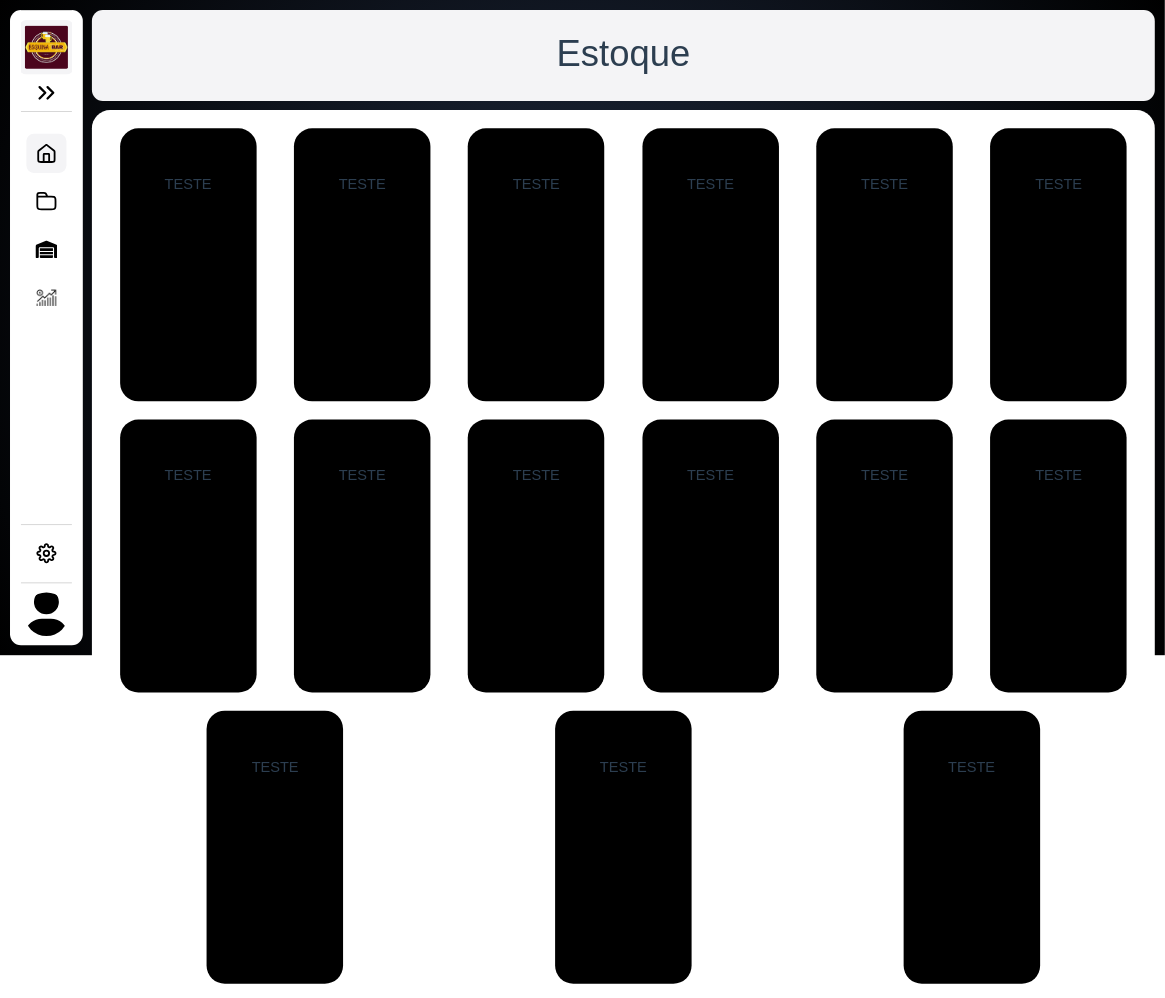
Repository: jazaoo13/Projeto_Oficina_Integracao
Page: / (app in Aplicacao_vue/)
The author's editor kept a copy of each file at every save. The page is drawn from the files as they stood at one save, then again after the next save.
The browser window is 1280 px wide. The pictures show the whole page, at 91% of full size.
The page's requests for data from a server got no answer. The project was rebuilt for these pictures with package versions that can differ from the ones it lists, and the page was loaded fresh each time. No one was signed in, and anything a server would have sent is missing. Also part of the build but not shown: Aplicacao_vue/vue.config.js, Aplicacao_vue/src/View/jazao.vue.

Above is the page before, as saved 2023-11-20 01:40:43.

After the next save:
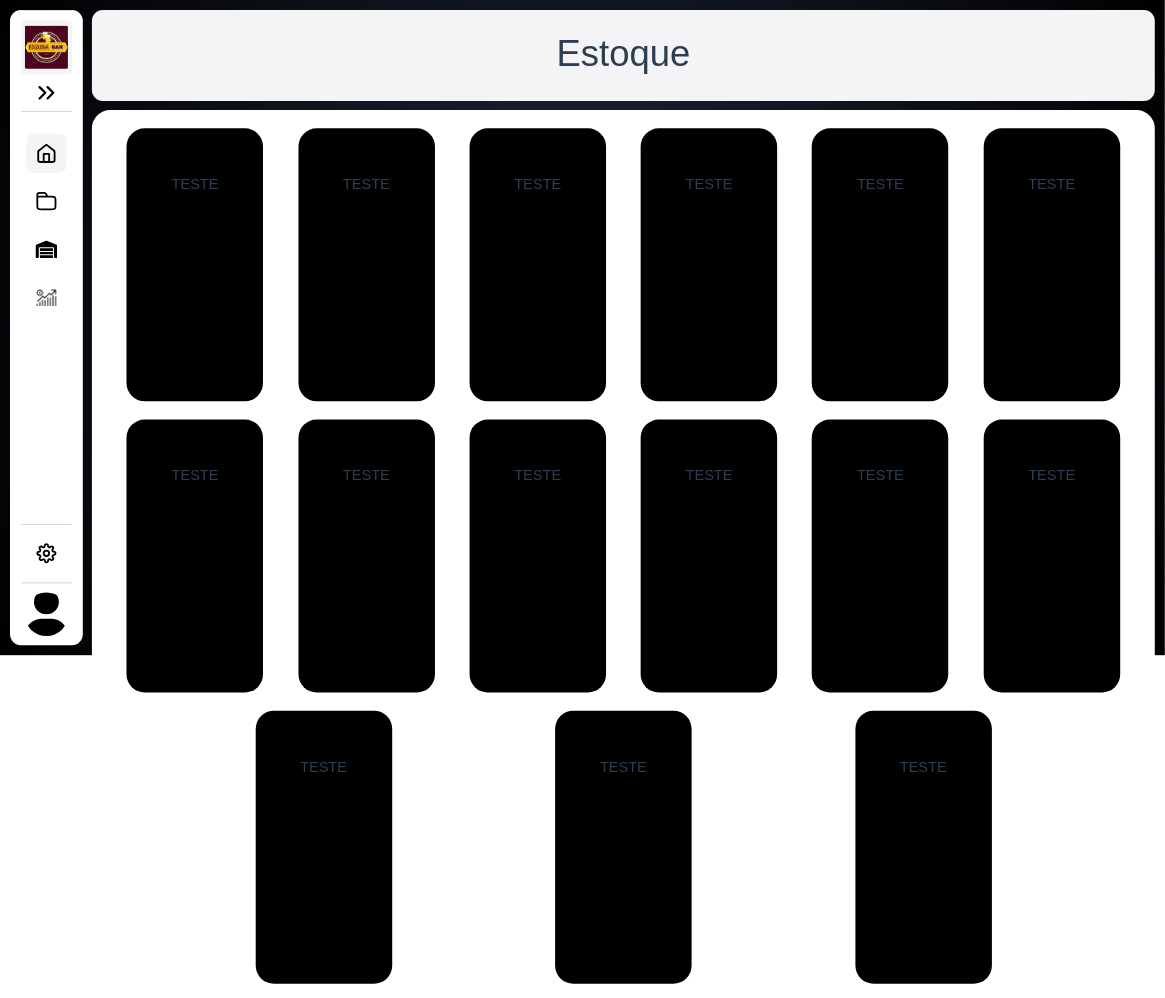
Saved 23 s later.
--- a/Aplicacao_vue/src/components/EstoqueView.vue
+++ b/Aplicacao_vue/src/components/EstoqueView.vue
@@ -69,7 +69,7 @@ export default {
     display: flex;
     flex-direction: row;
     flex-wrap: wrap;
-    justify-content: space-around;
+    justify-content: space-evenly;
     padding-left: 10px;
     padding-right: 10px;
 }</style>
